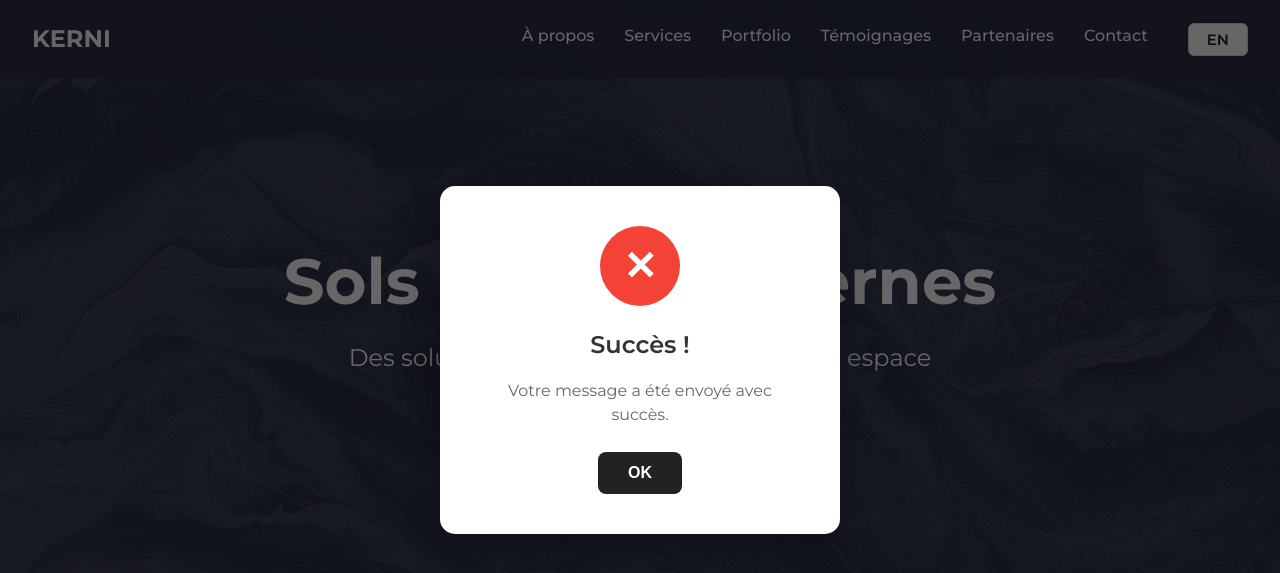
Repository: kerni-ca/kerni-ca
Page: index.html
The author's editor kept a copy of each file at every save. The page is drawn from the files as they stood at one save, then again after the next save.
The browser window is 1280 px wide. The pictures show the window.
Empty fields were first filled with sample values (such as "Sample", 5 or name@example.com).
After loading, the first visible `form.contact-form` was submitted once.
The page's requests for data from a server got no answer. A layer covers the whole window, so only the first screen is drawn. Backgrounds fixed to the window are drawn as part of the page.

Above is the page before, as saved 2025-07-04 15:31:18.
Console error: ReferenceError: updateTranslations is not defined

### index.html
<!DOCTYPE html>
<html lang="uk">
<head>
    <meta charset="UTF-8">
    <meta name="viewport" content="width=device-width, initial-scale=1.0">
    <title data-i18n="title">title</title>
    <meta name="description" data-i18n="description" content="description">
    <meta name="keywords" content="эпоксидные полы Запорожье, укладка эпоксидных полов, эпоксидное покрытие, промышленные полы, декоративные полы">
    <link rel="stylesheet" href="styles.css">
    <link rel="preconnect" href="https://fonts.googleapis.com">
    <link rel="preconnect" href="https://fonts.gstatic.com" crossorigin>
    <link href="https://fonts.googleapis.com/css2?family=Montserrat:wght@400;500;600;700&display=swap" rel="stylesheet">
    <script src="lang.js"></script>
</head>
<body>
    <div id="loading-overlay">
      <div class="spinner">
        <div class="epoxy-icon"></div>
        <div class="spinner-text">KERNI</div>
      </div>
    </div>
    <header class="header">
        <nav class="nav">
            <div class="logo">KERNI</div>
            <ul class="nav-links">
                <li><a href="#about" data-i18n="nav_about">nav_about</a></li>
                <li><a href="#services" data-i18n="nav_services">nav_services</a></li>
                <li><a href="#portfolio" data-i18n="nav_portfolio">nav_portfolio</a></li>
                <li><a href="#testimonials" data-i18n="nav_testimonials">nav_testimonials</a></li>
                <li><a href="#partners" data-i18n="nav_partners">nav_partners</a></li>
                <li><a href="#contact" data-i18n="nav_contact">nav_contact</a></li>
                <li><button id="lang-switch" class="lang-btn"></button></li>
            </ul>
        </nav>
        <div class="hero">
            <h1 data-i18n="hero_title">hero_title</h1>
            <p data-i18n="hero_subtitle">hero_subtitle</p>
            <a href="#contact" class="cta-button" data-i18n="hero_cta">hero_cta</a>
        </div>
    </header>

    <section id="about" class="about">
        <div class="container">
            <h2 data-i18n="about_title">about_title</h2>
            <div class="about-content">
                <div class="about-text">
                    <p data-i18n="about_text">about_text</p>
                </div>
                <div class="about-stats">
                    <div class="stat">
                        <span class="number">10+</span>
                        <span class="label" data-i18n="about_years">about_years</span>
                    </div>
                    <div class="stat">
                        <span class="number">500+</span>
                        <span class="label" data-i18n="about_projects">about_projects</span>
                    </div>
                    <div class="stat">
                        <span class="number">100%</span>
                        <span class="label" data-i18n="about_guarantee">about_guarantee</span>
                    </div>
                </div>
            </div>
        </div>
    </section>

    <section id="services" class="services">
        <div class="container">
            <h2 data-i18n="services_title">services_title</h2>
            <div class="services-grid">
                <div class="service-card">
                    <h3 data-i18n="services_industrial">services_industrial</h3>
                    <p data-i18n="services_industrial_desc">services_industrial_desc</p>
                </div>
                <div class="service-card">
                    <h3 data-i18n="services_decorative">services_decorative</h3>
                    <p data-i18n="services_decorative_desc">services_decorative_desc</p>
                </div>
                <div class="service-card">
                    <h3 data-i18n="services_anti">services_anti</h3>
                    <p data-i18n="services_anti_desc">services_anti_desc</p>
                </div>
            </div>
        </div>
    </section>

    <section id="portfolio" class="portfolio">
        <div class="container">
            <h2 data-i18n="portfolio_title">portfolio_title</h2>
            <div class="portfolio-tiles" style="display: flex; gap: 32px; justify-content: center; flex-wrap: wrap; margin-top: 30px;"></div>
        </div>
    </section>

    <div id="carousel-modal" class="carousel-modal" style="display:none;">
        <div class="carousel-content">
            <span class="carousel-close" id="carousel-close">&times;</span>
            <button class="carousel-arrow left" id="carousel-prev">&#8592;</button>
            <div class="carousel-img-desc-wrapper" style="display: flex; flex-direction: column; align-items: center;">
                <img id="carousel-img" src="" alt="Portfolio" />
                <p id="carousel-desc" style="text-align:center;margin:10px 0 0 0;font-size:1.1em;color:#333;"></p>
            </div>
            <button class="carousel-arrow right" id="carousel-next">&#8594;</button>
        </div>
    </div>

    <!-- Модальное окно для уведомлений -->
    <div id="notification-modal" class="notification-modal" style="display:none;">
        <div class="notification-content">
            <div class="notification-icon">
                <span id="notification-icon">✓</span>
            </div>
            <h3 id="notification-title" data-i18n="notification_success_title">notification_success_title</h3>
            <p id="notification-message" data-i18n="notification_success_message">notification_success_message</p>
            <button id="notification-close" class="notification-btn" data-i18n="notification_ok">notification_ok</button>
        </div>
    </div>

    <section id="testimonials" class="testimonials">
        <div class="container">
            <h2 data-i18n="testimonials_title">testimonials_title</h2>
            <div class="testimonials-grid">
                <div class="testimonial-card">
                    <div class="testimonial-content">
                        <p data-i18n="testimonial_1">testimonial_1</p>
                    </div>
                    <div class="testimonial-author">
                        <img src="images/testimonials/1.jpg" alt="" data-i18n-alt="testimonial_1_alt">
                        <div class="author-info">
                            <h4 data-i18n="testimonial_1_name">testimonial_1_name</h4>
                            <p data-i18n="testimonial_1_position">testimonial_1_position</p>
                        </div>
                    </div>
                </div>
                <div class="testimonial-card">
                    <div class="testimonial-content">
                        <p data-i18n="testimonial_2">testimonial_2</p>
                    </div>
                    <div class="testimonial-author">
                        <img src="images/testimonials/2.jpg" alt="" data-i18n-alt="testimonial_2_alt">
                        <div class="author-info">
                            <h4 data-i18n="testimonial_2_name">testimonial_2_name</h4>
                            <p data-i18n="testimonial_2_position">testimonial_2_position</p>
                        </div>
                    </div>
                </div>
                <div class="testimonial-card">
                    <div class="testimonial-content">
                        <p data-i18n="testimonial_3">testimonial_3</p>
                    </div>
                    <div class="testimonial-author">
                        <img src="images/testimonials/3.jpg" alt="" data-i18n-alt="testimonial_3_alt">
                        <div class="author-info">
                            <h4 data-i18n="testimonial_3_name">testimonial_3_name</h4>
                            <p data-i18n="testimonial_3_position">testimonial_3_position</p>
                        </div>
                    </div>
                </div>
            </div>
        </div>
    </section>

    <section id="partners" class="partners">
        <div class="container">
            <h2 data-i18n="partners_title">partners_title</h2>
            <div class="partners-grid">
                <div class="partner-card">
                    <img src="images/partners/1.jpg" alt="" data-i18n-alt="partner_1_alt">
                    <h3>BASF</h3>
                    <p data-i18n="partner_1_desc">partner_1_desc</p>
                </div>
                <div class="partner-card">
                    <img src="images/partners/2.jpg" alt="" data-i18n-alt="partner_2_alt">
                    <h3>Sika</h3>
                    <p data-i18n="partner_2_desc">partner_2_desc</p>
                </div>
                <div class="partner-card">
                    <img src="images/partners/3.jpg" alt="" data-i18n-alt="partner_3_alt">
                    <h3>Mapei</h3>
                    <p data-i18n="partner_3_desc">partner_3_desc</p>
                </div>
                <div class="partner-card">
                    <img src="images/partners/4.jpg" alt="" data-i18n-alt="partner_4_alt">
                    <h3>Ardex</h3>
                    <p data-i18n="partner_4_desc">partner_4_desc</p>
                </div>
            </div>
        </div>
    </section>

    <section id="contact" class="contact">
        <div class="container">
            <h2 data-i18n="contact_title">contact_title</h2>
            <div class="contact-content">
                <form class="contact-form">
                    <input type="text" name="name" data-i18n="contact_name" placeholder="contact_name" required>
                    <input type="tel" name="phone" data-i18n="contact_phone" placeholder="contact_phone" required>
                    <input type="email" name="email" data-i18n="contact_email" placeholder="contact_email" required>
                    <textarea name="message" data-i18n="contact_message" placeholder="contact_message" required></textarea>
                    <button type="submit" class="submit-button" data-i18n="contact_send">contact_send</button>
                </form>
                <div class="contact-info">
                    <div class="info-item">
                        <h3 data-i18n="contact_address_title">contact_address_title</h3>
                        <p data-i18n="contact_address">contact_address</p>
                    </div>
                    <div class="info-item">
                        <h3 data-i18n="contact_phone_title">contact_phone_title</h3>
                        <p data-i18n="contact_phone_value">contact_phone_value</p>
                    </div>
                    <div class="info-item">
                        <h3 data-i18n="contact_email_title">contact_email_title</h3>
                        <p data-i18n="contact_email_value">contact_email_value</p>
                    </div>
                </div>
            </div>
        </div>
    </section>

    <footer class="footer">
        <div class="container">
            <div class="footer-content">
                <div class="footer-logo">KERNI</div>
                <p data-i18n="footer_rights">footer_rights</p>
            </div>
        </div>
    </footer>

    <style>
      .lang-btn {
        background: #fff;
        color: #222;
        border: 1px solid #ddd;
        border-radius: 6px;
        padding: 6px 18px;
        font-family: inherit;
        font-size: 15px;
        font-weight: 600;
        margin-left: 10px;
        cursor: pointer;
        transition: background 0.2s, color 0.2s, border 0.2s;
        box-shadow: 0 1px 4px rgba(0,0,0,0.04);
      }
      .lang-btn:hover {
        background: #222;
        color: #fff;
        border: 1px solid #222;
      }
      .carousel-modal {
        position: fixed;
        z-index: 9999;
        left: 0; top: 0; width: 100vw; height: 100vh;
        background: rgba(0,0,0,0.8);
        display: flex; align-items: center; justify-content: center;
      }
      .carousel-content {
        position: relative;
        background: #fff;
        border-radius: 10px;
        padding: 20px;
        box-shadow: 0 8px 32px rgba(0,0,0,0.3);
        display: flex; align-items: center;
      }
      .carousel-content img {
        max-width: 70vw; max-height: 70vh; border-radius: 8px;
      }
      .carousel-close {
        position: absolute; top: 10px; right: 20px; font-size: 2rem; color: #222; cursor: pointer; z-index: 2;
      }
      .carousel-arrow {
        background: #222; color: #fff; border: none; border-radius: 50%; width: 40px; height: 40px; font-size: 1.5rem; cursor: pointer; margin: 0 15px; opacity: 0.8; transition: opacity 0.2s;
      }
      .carousel-arrow:hover { opacity: 1; }

      /* Стили для модального окна уведомлений */
      .notification-modal {
        position: fixed;
        z-index: 10000;
        left: 0; top: 0; width: 100vw; height: 100vh;
        background: rgba(0,0,0,0.6);
        display: flex; align-items: center; justify-content: center;
        opacity: 0;
        transition: opacity 0.3s ease;
      }
      .notification-modal.show {
        opacity: 1;
      }
      .notification-content {
        background: #fff;
        border-radius: 15px;
        padding: 40px;
        text-align: center;
        box-shadow: 0 10px 40px rgba(0,0,0,0.3);
        max-width: 400px;
        width: 90%;
        transform: scale(0.8);
        transition: transform 0.3s ease;
      }
      .notification-modal.show .notification-content {
        transform: scale(1);
      }
      .notification-icon {
        width: 80px;
        height: 80px;
        border-radius: 50%;
        margin: 0 auto 20px;
        display: flex;
        align-items: center;
        justify-content: center;
        font-size: 2.5rem;
        font-weight: bold;
      }
      .notification-icon.success {
        background: #4CAF50;
        color: white;
      }
      .notification-icon.error {
        background: #f44336;
        color: white;
      }
      .notification-content h3 {
        margin: 0 0 15px 0;
        font-size: 1.5rem;
        font-weight: 600;
        color: #333;
      }
      .notification-content p {
        margin: 0 0 25px 0;
        color: #666;
        line-height: 1.5;
      }
      .notification-btn {
        background: #222;
        color: #fff;
        border: none;
        border-radius: 8px;
        padding: 12px 30px;
        font-size: 1rem;
        font-weight: 600;
        cursor: pointer;
        transition: background 0.2s;
      }
      .notification-btn:hover {
        background: #444;
      }
    </style>
    <script src="config.js"></script>
    <script src="script.js" type="module"></script>
</body>
</html>

### script.js
import { sendToTelegram } from './sendToTelegram.js';

// --- Динамическая генерация портфолио ---
// Пример структуры данных (можно расширять)
const portfolioData = [
  { client: 1, images: [ '1/1.jpg', '1/2.jpg', '1/3.jpg', '1/4.jpg' ], titleKey: 'portfolio_garage' },
  { client: 2, images: [ '2/1.jpg', '2/2.jpg', '2/3.jpg', '2/4.jpg' ], titleKey: 'portfolio_shop' },
  { client: 3, images: [ '3/1.jpg', '3/2.jpg', '3/3.jpg', '3/4.jpg' ], titleKey: 'portfolio_livingroom' },
];

// Глобальный словарь переводов
window.i18nDict = {};

async function loadPortfolioLangDict() {
  const lang = localStorage.getItem('lang') || 'fr';
  const res = await fetch(lang + '.json');
  window.i18nDict = await res.json();
}

function getPortfolioTitle(clientId) {
  const item = portfolioData.find(x => x.client === clientId);
  if (!item) return '';
  return window.i18nDict[item.titleKey] || '';
}

function getCarouselImages(clientIdx) {
  const item = portfolioData[clientIdx];
  if (!item) return [];
  return item.images
    .map((img, idx) => {
      const baseKey = item.titleKey;
      const photoKey = baseKey + '_' + (idx + 1);
      const desc = window.i18nDict[photoKey] || window.i18nDict[baseKey] || '';
      return desc && img ? { img, desc, idx } : null;
    })
    .filter(Boolean);
}

let currentClient = 0;
let currentCarouselIndex = 0;
let currentCarouselImages = [];

function buildPortfolioGrid() {
  const grid = document.querySelector('.portfolio-grid');
  grid.innerHTML = '';
  portfolioData.forEach((client, clientIdx) => {
    const group = document.createElement('div');
    group.className = 'portfolio-group';
    group.setAttribute('data-client', client.client);
    client.images.forEach((img, imgIdx) => {
      const item = document.createElement('div');
      item.className = 'portfolio-item';
      item.setAttribute('data-client', clientIdx);
      item.setAttribute('data-index', imgIdx);
      const image = document.createElement('img');
      image.src = 'images/portfolio/' + img;
      let desc = '';
      if (window.portfolioDescriptions[client.client] && window.portfolioDescriptions[client.client][imgIdx+1]) {
        desc = window.portfolioDescriptions[client.client][imgIdx+1];
      }
      const overlay = document.createElement('div');
      overlay.className = 'portfolio-overlay';
      overlay.innerHTML = `<h3>${desc ? desc : 'Фото ' + (imgIdx+1)}</h3>`;
      item.appendChild(image);
      item.appendChild(overlay);
      group.appendChild(item);
    });
    grid.appendChild(group);
  });
}

function openCarousel(clientIdx, index) {
  currentClient = clientIdx;
  currentCarouselImages = getCarouselImages(clientIdx);
  if (!currentCarouselImages.length) return;
  currentCarouselIndex = index;
  updateCarouselImg();
  document.getElementById('carousel-modal').style.display = 'flex';
}
function closeCarousel() {
  document.getElementById('carousel-modal').style.display = 'none';
}
function showCarouselImg(index) {
  if (!currentCarouselImages.length) return;
  currentCarouselIndex = (index + currentCarouselImages.length) % currentCarouselImages.length;
  updateCarouselImg();
}
function updateCarouselImg() {
  if (!currentCarouselImages.length) {
    document.getElementById('carousel-img').src = '';
    document.getElementById('carousel-img').alt = '';
    document.getElementById('carousel-desc').textContent = '';
    return;
  }
  const { img, desc, idx } = currentCarouselImages[currentCarouselIndex];
  const item = portfolioData[currentClient];
  const baseKey = item.titleKey;
  const altKey = baseKey + '_alt_' + (idx + 1);
  document.getElementById('carousel-img').src = 'images/portfolio/' + img;
  document.getElementById('carousel-img').alt = window.i18nDict[altKey] || desc || window.i18nDict[baseKey] || '';
  document.getElementById('carousel-desc').textContent = desc;
}

function buildPortfolioTiles() {
  const tiles = document.querySelector('.portfolio-tiles');
  tiles.innerHTML = '';
  portfolioData.forEach((client, clientIdx) => {
    const tile = document.createElement('div');
    tile.className = 'portfolio-tile';
    // Картинка-заставка
    const img = document.createElement('img');
    img.src = `images/portfolio/${client.client}/0.jpg`;
    const altKey = client.titleKey + '_alt';
    img.alt = window.i18nDict[altKey] || window.i18nDict[client.titleKey] || '';
    img.className = 'portfolio-tile-img';
    tile.appendChild(img);
    // Подпись под плиткой
    const tileDesc = getPortfolioTitle(client.client);
    const caption = document.createElement('div');
    caption.className = 'portfolio-tile-caption';
    caption.textContent = tileDesc;
    tile.appendChild(caption);
    tile.addEventListener('mouseenter', () => { img.classList.add('hovered'); });
    tile.addEventListener('mouseleave', () => { img.classList.remove('hovered'); });
    tile.onclick = () => openCarousel(clientIdx, 0);
    tiles.appendChild(tile);
  });
}

function hideLoadingOverlay() {
  const overlay = document.getElementById('loading-overlay');
  if (overlay) {
    overlay.style.opacity = '0';
    setTimeout(() => { overlay.style.display = 'none'; }, 400);
  }
}

// Функции для работы с модальным окном уведомлений
function showNotification(type) {
  const modal = document.getElementById('notification-modal');
  const icon = document.getElementById('notification-icon');
  const iconContainer = icon.parentElement;
  const titleEl = document.getElementById('notification-title');
  const messageEl = document.getElementById('notification-message');

  // Устанавливаем иконку и стиль
  if (type === 'success') {
    icon.textContent = '✓';
    iconContainer.className = 'notification-icon success';
    titleEl.setAttribute('data-i18n', 'notification_success_title');
    messageEl.setAttribute('data-i18n', 'notification_success_message');
  } else {
    icon.textContent = '✕';
    iconContainer.className = 'notification-icon error';
    titleEl.setAttribute('data-i18n', 'notification_error_title');
    messageEl.setAttribute('data-i18n', 'notification_error_message');
  }

  // Показываем модальное окно
  modal.style.display = 'flex';
  setTimeout(() => {
    modal.classList.add('show');
  }, 10);

  // Обновляем переводы в модальном окне
  updateTranslations();
}

function hideNotification() {
  const modal = document.getElementById('notification-modal');
  modal.classList.remove('show');
  setTimeout(() => {
    modal.style.display = 'none';
  }, 300);
}

// Получение IP пользователя
async function getUserIP() {
  try {
    const response = await fetch('https://api.ipify.org?format=json');
    const data = await response.json();
    return data.ip;
  } catch (error) {
    console.error('Error getting IP:', error);
    return 'Unknown';
  }
}

// Обработка отправки формы
async function handleFormSubmit(event) {
  event.preventDefault();

  console.log('=== FORM SUBMIT DIAGNOSTICS ===');
  console.log('1. Form submitted');

  const form = event.target;
  console.log('2. Form element:', form);
  console.log('3. Form elements:', form.elements);

  const formData = new FormData(form);

  console.log('4. Form data collected');
  console.log('Raw form data:');
  for (let [key, value] of formData.entries()) {
    console.log(`  ${key}: "${value}"`);
  }

  console.log('5. Getting user IP...');
  const userIP = await getUserIP();
  console.log('User IP:', userIP);

  const data = {
    name: formData.get('name') || '',
    email: formData.get('email') || '',
    phone: formData.get('phone') || '',
    message: formData.get('message') || '',
    ip: userIP
  };

  console.log('6. Data prepared:', data);

  try {
    await sendToTelegram(data);
    console.log('7. Message sent successfully!');
    showNotification('success');
    form.reset();
  } catch (error) {
    console.error('8. Error occurred:', error);
    console.error('Error message:', error.message);
    showNotification('error');
  }
}

window.addEventListener('DOMContentLoaded', async function() {
  await loadPortfolioLangDict();
  buildPortfolioTiles();

  // Обработчик формы
  const contactForm = document.querySelector('.contact-form');
  if (contactForm) {
    contactForm.addEventListener('submit', handleFormSubmit);
  }

  // Кнопки навигации и закрытия
  document.getElementById('carousel-close').onclick = closeCarousel;
  document.getElementById('carousel-prev').onclick = function() { showCarouselImg(currentCarouselIndex - 1); };
  document.getElementById('carousel-next').onclick = function() { showCarouselImg(currentCarouselIndex + 1); };
  document.getElementById('carousel-modal').addEventListener('click', function(e) {
    if (e.target === this) closeCarousel();
  });

  // Обработчики для модального окна уведомлений
  document.getElementById('notification-close').onclick = hideNotification;
  document.getElementById('notification-modal').addEventListener('click', function(e) {
    if (e.target === this) hideNotification();
  });
  // Скрыть спиннер после загрузки
  hideLoadingOverlay();
});

window.buildPortfolioTiles = buildPortfolioTiles;
window.loadPortfolioLangDict = loadPortfolioLangDict;

Loaded but not shown: fr.json (99 lines, source omitted); lang.js (59 lines, source omitted); sendToTelegram.js (57 lines, source omitted); config.js (19 lines, source omitted); getGeoInfo.js (12 lines, source omitted); styles.css (632 lines, source omitted)

After the next save:
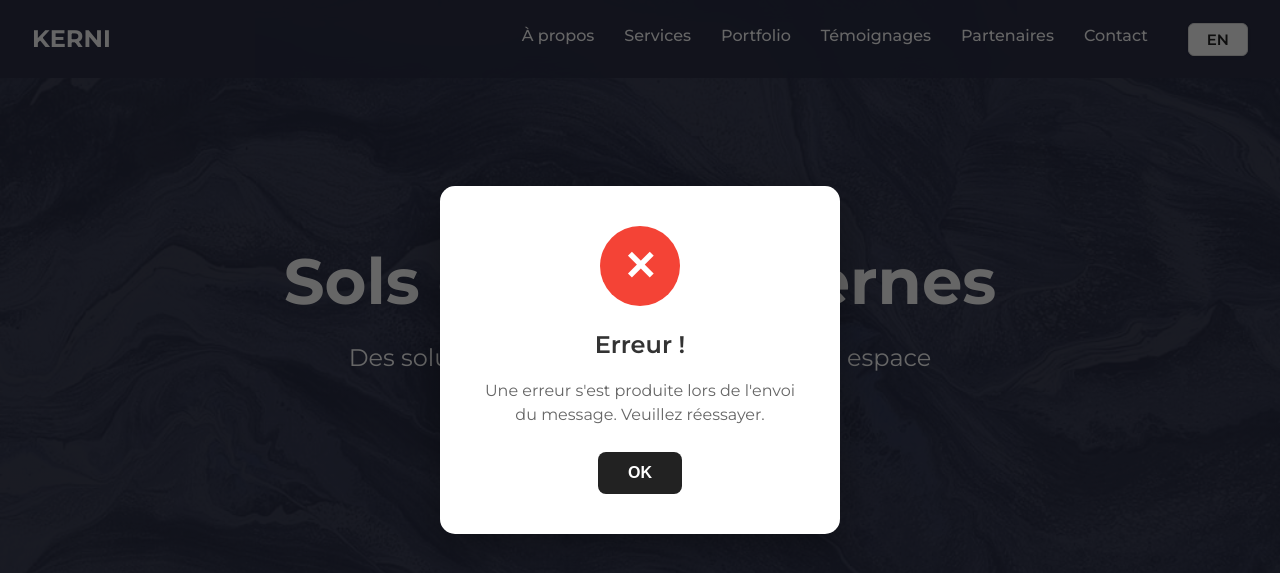
The error is gone.
Saved 41 s later.
--- a/script.js
+++ b/script.js
@@ -163,7 +163,16 @@ function showNotification(type) {
   }, 10);
 
   // Обновляем переводы в модальном окне
-  updateTranslations();
+  if (window.i18nDict) {
+    const titleKey = titleEl.getAttribute('data-i18n');
+    const messageKey = messageEl.getAttribute('data-i18n');
+    if (titleKey && window.i18nDict[titleKey]) {
+      titleEl.textContent = window.i18nDict[titleKey];
+    }
+    if (messageKey && window.i18nDict[messageKey]) {
+      messageEl.textContent = window.i18nDict[messageKey];
+    }
+  }
 }
 
 function hideNotification() {
